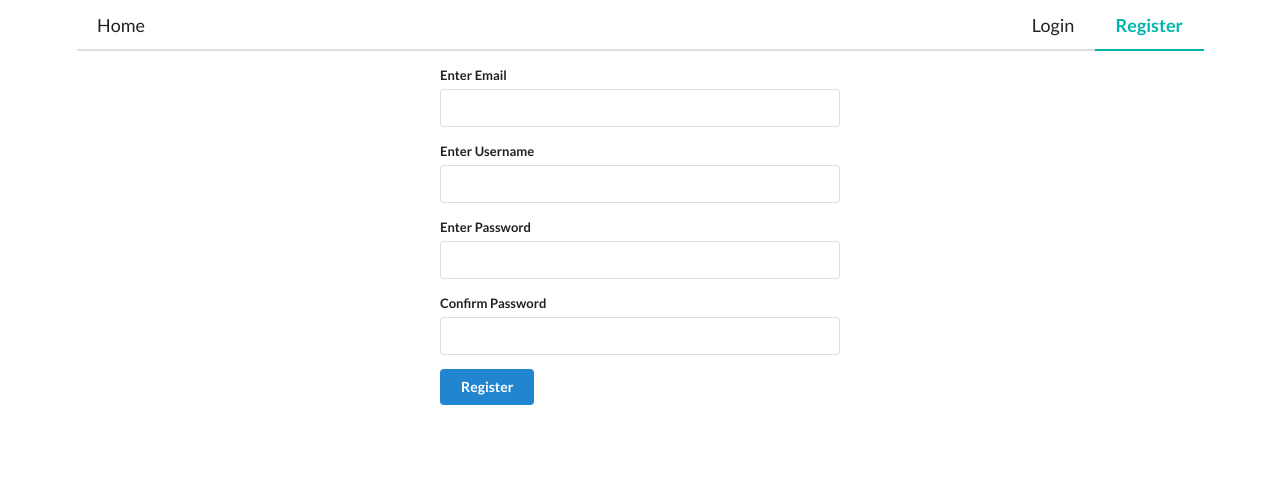
Repository: m-ahmadshaikh/SociaSpark
Page: /register (app in client/)
An editor plug-in stored every save of this project. The page is shown before and after the next save, followed by the edit.
The browser window is 1280 px wide. The pictures show the whole page.
The project was rebuilt for these pictures with package versions that can differ from the ones it lists, and the page was loaded fresh each time. Also part of the build but not shown: client/vite.config.js, client/src/components/PostCard.jsx, client/src/pages/Home.jsx, client/src/pages/Login.jsx.

Above is the page before, as saved 2022-10-23 15:32:28.

After the next save:
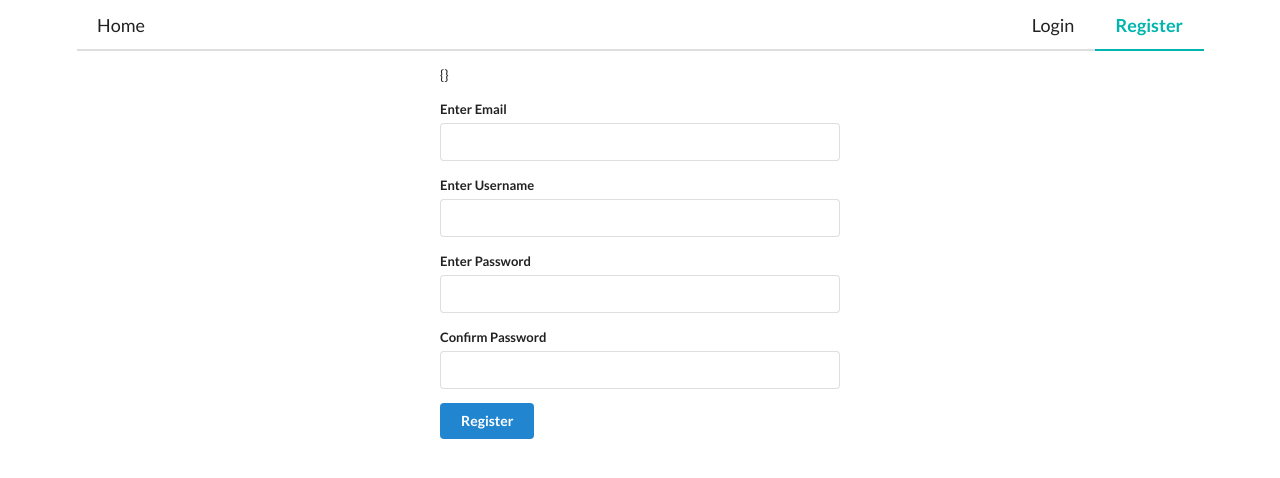
Saved 23 s later.
--- a/client/src/pages/Register.jsx
+++ b/client/src/pages/Register.jsx
@@ -43,6 +43,7 @@
 
   return (
     <div className="form-container">
+      <p>{JSON.stringify(errors)}</p>
       <Form className={loading ? 'loading' : ''} onSubmit={submitHandler}>
         <Form.Input
           label="Enter Email"
